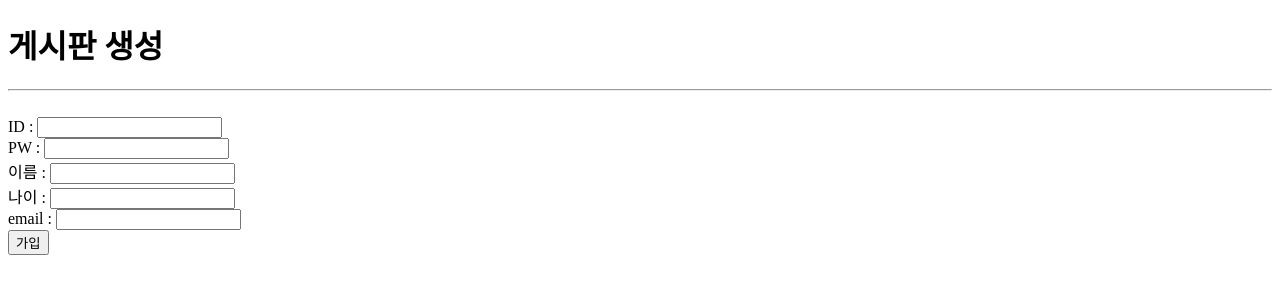
Repository: yangone8249/jsp_project
Page: http://localhost/yang_project/board/BoardCreate.jsp
An editor plug-in stored every save of this project. The page is shown before and after the next save, followed by the edit.
The browser window is 1280 px wide. The pictures show the whole page.
The page is served by Tomcat 9. Other server files are loaded and not shown.

Above is the page before, as saved 2023-05-26 05:11:57.

### yang_project/yang_project/src/main/webapp/board/BoardCreate.jsp
<%@ page language="java" contentType="text/html; charset=UTF-8"
    pageEncoding="UTF-8"%>
<!DOCTYPE html>
<html>
<head>
<meta charset="UTF-8">
<title>게시글작성</title>
</head>
<body>
	<h1>게시판 생성</h1>
	<hr><br>
	<form action="/mem/insert" method="post">
	ID : <input type="text" name="id"/><br>
	PW : <input type="password" name="password"/><br>
	이름 : <input type="text" name="name"/><br>
	나이 : <input type="text" name="age"/><br>
	email : <input type="email" name="email"/><br>
	<button type="submit">가입</button>
	</form>
</body>
</html>

After the next save:
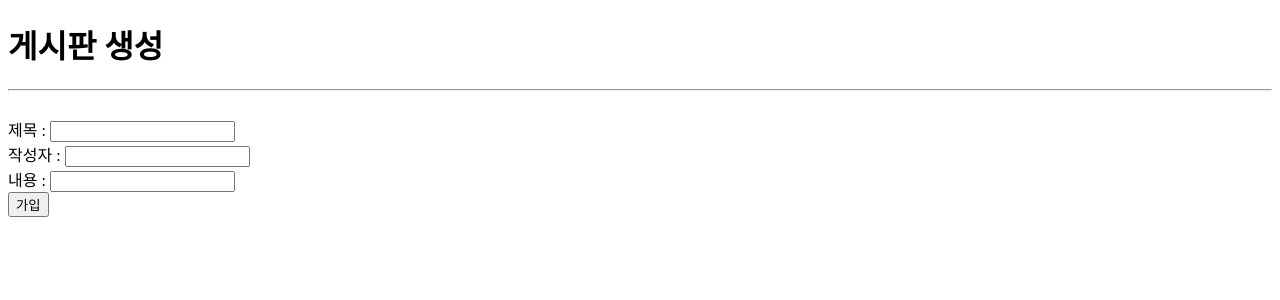
Saved 25 s later.
--- a/yang_project/yang_project/src/main/webapp/board/BoardCreate.jsp
+++ b/yang_project/yang_project/src/main/webapp/board/BoardCreate.jsp
@@ -10,11 +10,9 @@
 	<h1>게시판 생성</h1>
 	<hr><br>
 	<form action="/mem/insert" method="post">
-	ID : <input type="text" name="id"/><br>
-	PW : <input type="password" name="password"/><br>
-	이름 : <input type="text" name="name"/><br>
-	나이 : <input type="text" name="age"/><br>
-	email : <input type="email" name="email"/><br>
+	제목 : <input type="text" name="id"/><br>
+	작성자 : <input type="password" name="password"/><br>
+	내용 : <input type="text" name="name"/><br>
 	<button type="submit">가입</button>
 	</form>
 </body>
